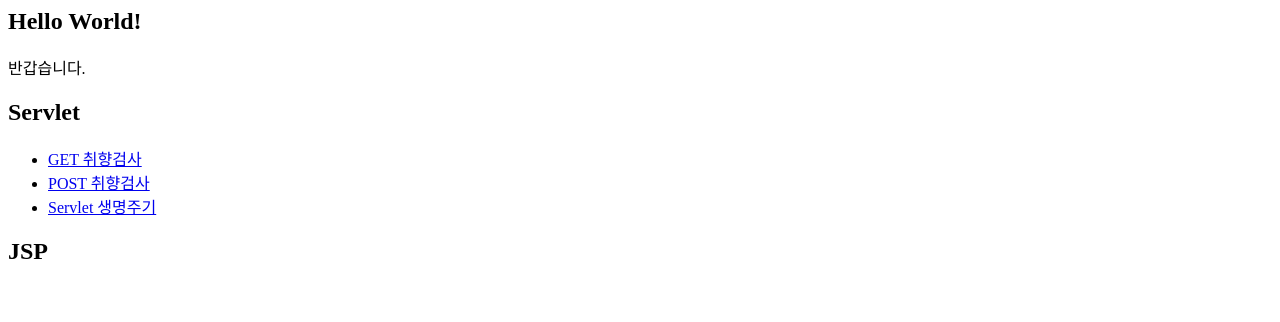
Repository: hjh705/web_server_workspace
Page: http://localhost/hello-web/
The author's editor kept a copy of each file at every save. The page is drawn from the files as they stood at one save, then again after the next save.
The browser window is 1280 px wide. The pictures show the whole page.
The page is served by Tomcat 9. Other server files are loaded and not shown.

Above is the page before, as saved 2023-12-06 06:24:52.

### hello-web/src/main/webapp/index.jsp
<%@ page language="java" contentType="text/html; charset=UTF-8"
            pageEncoding="UTF-8" %>
<html>
<head>
	<meta charset="utf-8">
	<title>Hello Wed</title>
</head>
<body>
<h2>Hello World!</h2>
	<p>반갑습니다.</p>

	<h2>Servlet</h2>

	<ul>
		<li>
			<!-- 서버 절대주소 요청시 /hello-web context-path(앱이름)를 반드시 포함해야 한다 -->
			<a href="/hello-web/servlet/01_testPerson.html">GET 취향검사</a>
		</li>
		<li>
			<a href="/hello-web/servlet/02_testPerson.html">POST 취향검사</a>
		</li>
		<li>
			<a href="/hello-web/lifecycle.do">Servlet 생명주기</a>
		</li>
	</ul>

	<h2>JSP</h2>
</body>
</html>

After the next save:
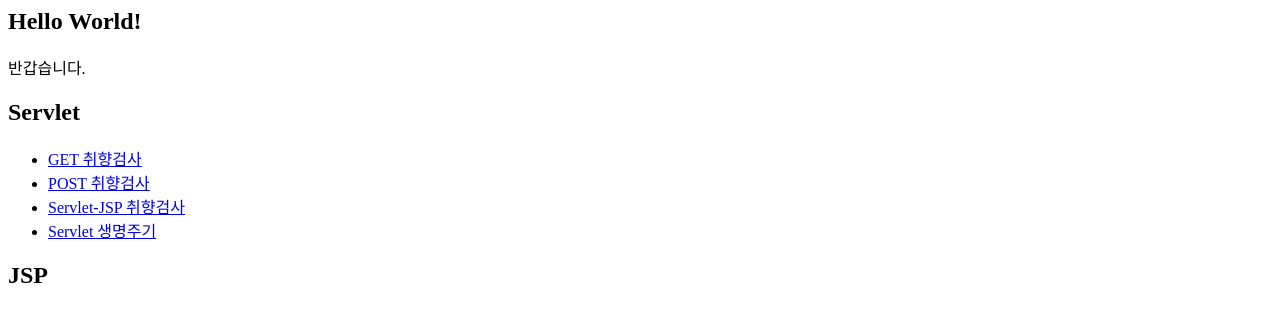
Saved 99 s later.
--- a/hello-web/src/main/webapp/index.jsp
+++ b/hello-web/src/main/webapp/index.jsp
@@ -20,6 +20,9 @@
 			<a href="/hello-web/servlet/02_testPerson.html">POST 취향검사</a>
 		</li>
 		<li>
+			<a href="/hello-web/servlet/03_testPerson.html">Servlet-JSP 취향검사</a>
+		</li>
+		<li>
 			<a href="/hello-web/lifecycle.do">Servlet 생명주기</a>
 		</li>
 	</ul>
